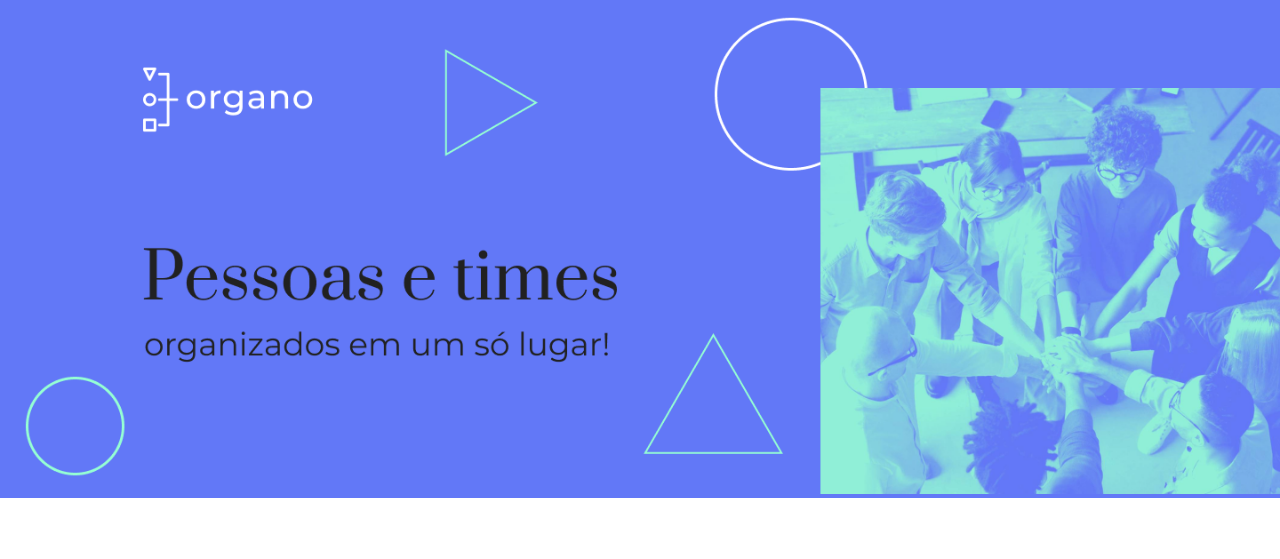
Repository: humbertobrasileiro/organo
Page: /
The author's editor kept a copy of each file at every save. The page is drawn from the files as they stood at one save, then again after the next save.
The browser window is 1280 px wide. The pictures show the whole page.
The project was rebuilt for these pictures with package versions that can differ from the ones it lists, and the page was loaded fresh each time.

Above is the page before, as saved 2025-01-22 15:55:41.

### src/App.js
import Banner from './componentes/Banner/Banner.';

function App() {
  return (
    <div className="App">
      <Banner />
  </div>
  );
}

export default App;

### src/componentes/Banner/Banner..js
import './Banner.css'

function Banner() {
  return (
    <header className="banner">
      <img src="/imagens/banner.png" alt="O banner principal da página do Organo" />
    </header>
  )
}

export default Banner

### src/componentes/Banner/Banner.css
.banner {
  background-color: #6278F7;
  text-align: center;
}

.banner img {
  max-width: 100%;
}

### src/componentes/CampoTexto/CampoTexto.js
const CampoTexto = () => {
  return (
    <div>
      <label htmlFor="">Nome</label>
      <input type="text" />
    </div>
  )
}

export default CampoTexto

Loaded but not shown: public/index.html (common file); src/index.js (common file); src/index.css (common file)

After the next save:
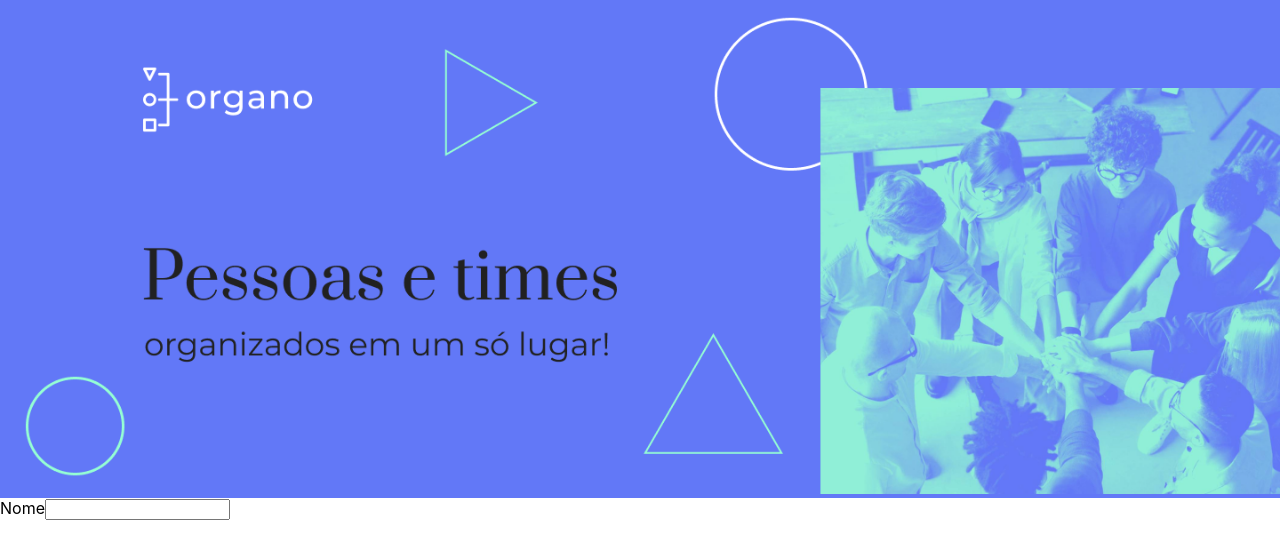
Saved 21 s later.
--- a/src/App.js
+++ b/src/App.js
@@ -1,9 +1,11 @@
 import Banner from './componentes/Banner/Banner.';
+import CampoTexto from './componentes/CampoTexto/CampoTexto';
 
 function App() {
   return (
     <div className="App">
       <Banner />
+      <CampoTexto />
   </div>
   );
 }
